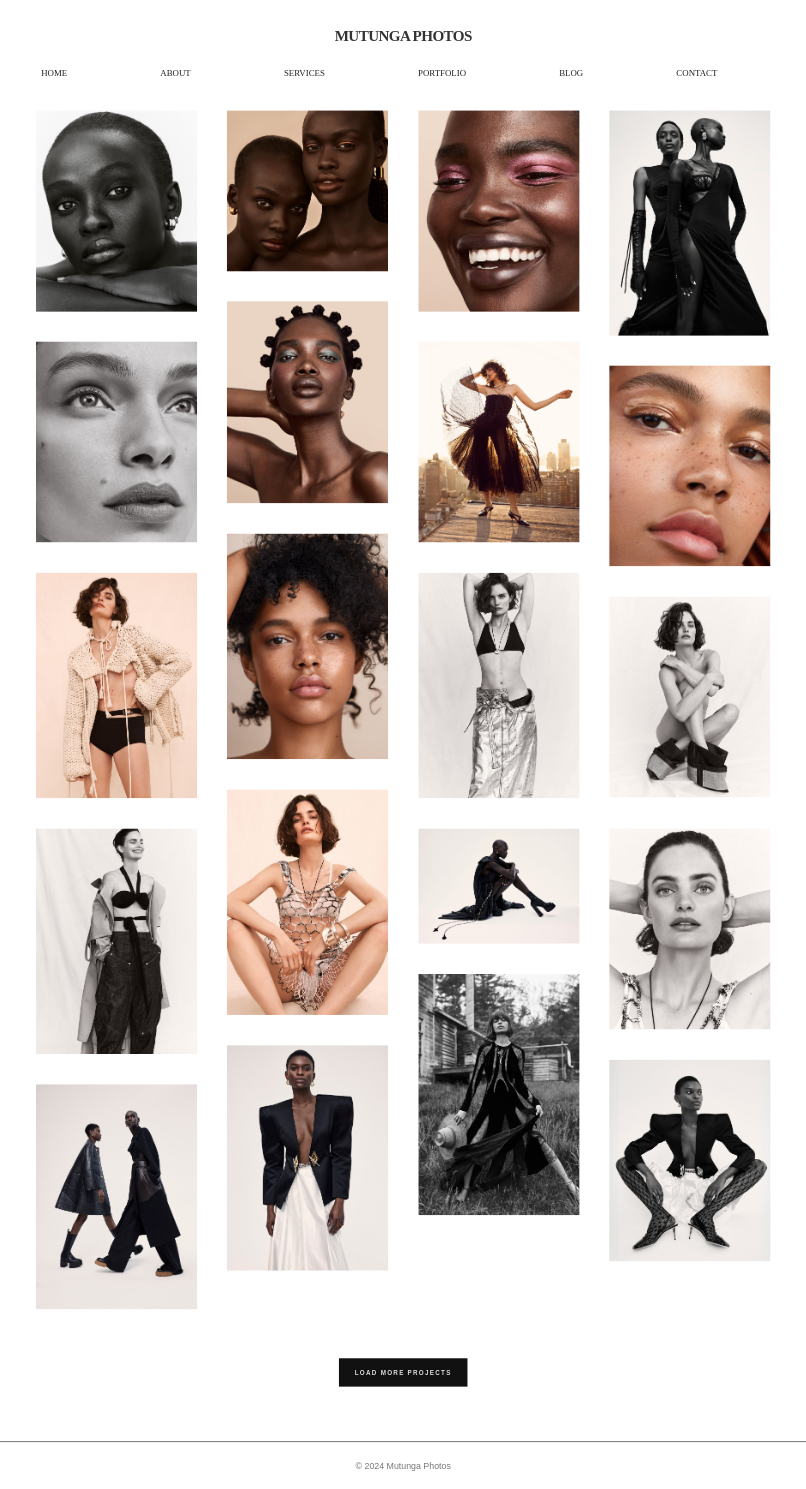
Repository: Jonar254/mutunga-concept-01
Page: index.html
The author's editor kept a copy of each file at every save. The page is drawn from the files as they stood at one save, then again after the next save.
The browser window is 1280 px wide. The pictures show the whole page, at 63% of full size.
Some web fonts or font styles are not loaded; a fallback is used.

Above is the page before, as saved 2024-07-02 19:10:29.

### index.html
<!doctype html>
<!--[if lt IE 7]>      <html class="no-js lt-ie9 lt-ie8 lt-ie7" lang=""> <![endif]-->
<!--[if IE 7]>         <html class="no-js lt-ie9 lt-ie8" lang=""> <![endif]-->
<!--[if IE 8]>         <html class="no-js lt-ie9" lang=""> <![endif]-->
<!--[if gt IE 8]><!--> <html class="no-js" lang="en"> <!--<![endif]-->


<head>
        <meta charset="utf-8">
        <meta name="viewport" content="width=device-width, initial-scale=1">
		<meta name="description" content="">
        <meta name="author" content="IconicThemes">

        <title>Mutunga Photos || Index</title>

		<link rel="shortcut icon" type="image/x-icon" href="img/favicon.png">

        <!-- Font Awesome Icons CSS -->
        <link rel="stylesheet" href="css/font-awesome.min.css">
        <!-- Themify Icons CSS -->
        <link rel="stylesheet" href="css/themify-icons.css">
        <!-- Elegant Font Icons CSS -->
        <link rel="stylesheet" href="css/elegant-font-icons.css">
        <!-- Elegant Line Icons CSS -->
        <link rel="stylesheet" href="css/elegant-line-icons.css">
		<!-- Bootstrap CSS -->
        <link rel="stylesheet" href="css/bootstrap.min.css">
        <!-- CSS Animation -->
        <link rel="stylesheet" href="css/animate.min.css">
		<!-- Venobox CSS -->
        <link rel="stylesheet" href="css/venobox/venobox.css">
		<!-- OWL-Carousel CSS -->
        <link rel="stylesheet" href="css/owl.carousel.css">
        <!-- Slick Nav CSS -->
        <link rel="stylesheet" href="css/slicknav.min.css">
		<!-- Main CSS -->
        <link rel="stylesheet" href="css/main.css">
		<!-- Responsive CSS -->
        <link rel="stylesheet" href="css/responsive.css">

        <script src="js/vendor/modernizr-2.8.3-respond-1.4.2.min.js"></script>
    </head>
    <body>
        <!--[if lt IE 8]>
            <p class="browserupgrade">You are using an <strong>outdated</strong> browser. Please <a href="http://browsehappy.com/">upgrade your browser</a> to improve your experience.</p>
        <![endif]-->

        <div class="site-preloader-wrap">
            <div class="spinner"></div>
        </div><!-- Preloader -->

        <header id="header" class="header-section">
            <div class="container-fluid">
                <div class="row d-flex flex-column align-items-center">
                    <div class="col-12 text-center pt-lg-4">
                        <div class="site-branding">
                            <a href="index.html"><h2 class="site-title fw-bold"> <span>MUTUNGA</span> <span>PHOTOS</span></h2></a>
                        </div>
                    </div>
                    <div class="col-12 text-center">
                        <ul id="mainmenu" class="nav navbar-nav nav-menu">
                            <li class="nav-item active"><a href="index.html" class="nav-link">Home</a></li>
                            <li class="nav-item"><a href="about.html" class="nav-link">About</a></li>
                            <li class="nav-item"><a href="services.html" class="nav-link">Services</a></li>
                            <li class="nav-item"><a href="portfolio.html" class="nav-link">Portfolio</a></li>

                             <li class="nav-item"><a href="blog.html" class="nav-link">Blog</a>
                                <ul class="submenu">
                                    <li class="nav-item"><a href="blog-single.html" class="nav-link">Blog Single</a></li>
                                </ul>
                            </li>
                            <li class="nav-item"><a href="contact.html" class="nav-link">Contact</a></li>
                        </ul>
                    </div>
                </div>
            </div>
        </header>


       <!--<div class="header-height"></div>-->



        <section class="portfolio-section padding">
        <div class="container-fluid px-lg-5">
            <!-- <div class="row">
                 <ul class="portfolio-filter text-center mb-30">
                     <li class="active" data-filter="*">All</li>
                     <li data-filter=".branding">Branding</li>
                     <li data-filter=".design">Design</li>
                     <li data-filter=".wordpress">Wordpress</li>
                     <li data-filter=".marketing">Marketing</li>
                 </ul> /.Work filter
             </div> -->
             <div class="row portfolio-items">
                 <div class="col-lg-3 col-md-4 col-sm-6 mb-5 px-4 single-item branding design">
                     <div class="portfolio-box">
                         <img src="img/lara (1).jpeg" alt="img">
                         <div class="portfolio-inner">
                             <div class="portfolio-content">
                                 <h3><a href="portfolio-single.html">1</a></h3>
                                 <span>Branding</span>
                             </div>
                         </div>
                     </div>
                 </div><!-- /Portfolio-1 -->
                 <div class="col-lg-3 col-md-4 col-sm-6 mb-5 px-4 single-item design wordpress">
                     <div class="portfolio-box">
                         <img src="img/lara (2).jpeg" alt="img">
                         <div class="portfolio-inner">
                             <div class="portfolio-content">
                                 <h3><a href="portfolio-single.html">2</a></h3>
                                 <span>Design</span>
                             </div>
                         </div>
                     </div>
                 </div><!-- /Portfolio-2 -->
                 <div class="col-lg-3 col-md-4 col-sm-6 mb-5 px-4 single-item wordpress marketing">
                     <div class="portfolio-box">
                         <img src="img/lara (3).jpeg" alt="img">
                         <div class="portfolio-inner">
                             <div class="portfolio-content">
                                 <h3><a href="portfolio-single.html">3</a></h3>
                                 <span>Web Design</span>
                             </div>
                         </div>
                     </div>
                 </div><!-- /Portfolio-3 -->
                 <div class="col-lg-3 col-md-4 col-sm-6 mb-5 px-4 single-item branding marketing">
                     <div class="portfolio-box">
                         <img src="img/lara (17).jpg" alt="img">
                         <div class="portfolio-inner">
                             <div class="portfolio-content">
                                 <h3><a href="portfolio-single.html">4</a></h3>
                                 <span>Website</span>
                             </div>
                         </div>
                     </div>
                 </div><!-- /Portfolio-4 -->
                 <div class="col-lg-3 col-md-4 col-sm-6 mb-5 px-4 single-item design branding">
                     <div class="portfolio-box">
                         <img src="img/lara (5).jpeg" alt="img">
                         <div class="portfolio-inner">
                             <div class="portfolio-content">
                                 <h3><a href="portfolio-single.html">5</a></h3>
                                 <span>Design</span>
                             </div>
                         </div>
                     </div>
                 </div><!-- /Portfolio-5 -->
                 <div class="col-lg-3 col-md-4 col-sm-6 mb-5 px-4 single-item wordpress design">
                     <div class="portfolio-box">
                         <img src="img/lara (6).jpeg" alt="img">
                         <div class="portfolio-inner">
                             <div class="portfolio-content">
                                 <h3><a href="portfolio-single.html">6</a></h3>
                                 <span>Branding</span>
                             </div>
                         </div>
                     </div>
                 </div><!-- /Portfolio-6 -->
                 <div class="col-lg-3 col-md-4 col-sm-6 mb-5 px-4 single-item branding wordpress">
                     <div class="portfolio-box">
                         <img src="img/lara (7).jpeg" alt="img">
                         <div class="portfolio-inner">
                             <div class="portfolio-content">
                                 <h3><a href="portfolio-single.html">7</a></h3>
                                 <span>Website</span>
                             </div>
                         </div>
                     </div>
                 </div><!-- /Portfolio-7 -->
                 <div class="col-lg-3 col-md-4 col-sm-6 mb-5 px-4 single-item design marketing">
                     <div class="portfolio-box">
                         <img src="img/lara (8).jpg" alt="img">
                         <div class="portfolio-inner">
                             <div class="portfolio-content">
                                 <h3><a href="portfolio-single.html">8</a></h3>
                                 <span>Branding</span>
                             </div>
                         </div>
                     </div>
                 </div><!-- /Portfolio-8 -->
                 <div class="col-lg-3 col-md-4 col-sm-6 mb-5 px-4 single-item marketing design">
                     <div class="portfolio-box">
                         <img src="img/lara (9).jpg" alt="img">
                         <div class="portfolio-inner">
                             <div class="portfolio-content">
                                 <h3><a href="portfolio-single.html">9</a></h3>
                                 <span>Design</span>
                             </div>
                         </div>
                     </div>
                 </div><!-- /Portfolio-9 -->
                 <!-- Portfolio Items from 10 to 20 -->
<div class="col-lg-3 col-md-4 col-sm-6 mb-5 px-4 single-item marketing design">
    <div class="portfolio-box">
        <img src="img/lara (10).jpg" alt="img">
        <div class="portfolio-inner">
            <div class="portfolio-content">
                <h3><a href="portfolio-single.html">10</a></h3>
                <span>Design</span>
            </div>
        </div>
    </div>
</div><!-- /Portfolio-10 -->

<div class="col-lg-3 col-md-4 col-sm-6 mb-5 px-4 single-item marketing design">
    <div class="portfolio-box">
        <img src="img/lara (11).jpg" alt="img">
        <div class="portfolio-inner">
            <div class="portfolio-content">
                <h3><a href="portfolio-single.html">11</a></h3>
                <span>Design</span>
            </div>
        </div>
    </div>
</div><!-- /Portfolio-11 -->

<div class="col-lg-3 col-md-4 col-sm-6 mb-5 px-4 single-item marketing design">
    <div class="portfolio-box">
        <img src="img/lara (12).jpg" alt="img">
        <div class="portfolio-inner">
            <div class="portfolio-content">
                <h3><a href="portfolio-single.html">12</a></h3>
                <span>Design</span>
            </div>
        </div>
    </div>
</div><!-- /Portfolio-12 -->

<div class="col-lg-3 col-md-4 col-sm-6 mb-5 px-4 single-item marketing design">
    <div class="portfolio-box">
        <img src="img/lara (13).jpg" alt="img">
        <div class="portfolio-inner">
            <div class="portfolio-content">
                <h3><a href="portfolio-single.html">13</a></h3>
                <span>Design</span>
            </div>
        </div>
    </div>
</div><!-- /Portfolio-13 -->

<div class="col-lg-3 col-md-4 col-sm-6 mb-5 px-4 single-item marketing design">
    <div class="portfolio-box">
        <img src="img/lara (14).jpg" alt="img">
        <div class="portfolio-inner">
            <div class="portfolio-content">
                <h3><a href="portfolio-single.html">14</a></h3>
                <span>Design</span>
            </div>
        </div>
    </div>
</div><!-- /Portfolio-14 -->

<div class="col-lg-3 col-md-4 col-sm-6 mb-5 px-4 single-item marketing design">
    <div class="portfolio-box">
        <img src="img/lara (15).jpg" alt="img">
        <div class="portfolio-inner">
            <div class="portfolio-content">
                <h3><a href="portfolio-single.html">15</a></h3>
                <span>Design</span>
            </div>
        </div>
    </div>
</div><!-- /Portfolio-15 -->

<div class="col-lg-3 col-md-4 col-sm-6 mb-5 px-4 single-item marketing design">
    <div class="portfolio-box">
        <img src="img/lara (16).jpg" alt="img">
        <div class="portfolio-inner">
            <div class="portfolio-content">
                <h3><a href="portfolio-single.html">16</a></h3>
                <span>Design</span>
            </div>
        </div>
    </div>
</div><!-- /Portfolio-16 -->

<div class="col-lg-3 col-md-4 col-sm-6 mb-5 px-4 single-item marketing design">
    <div class="portfolio-box">
        <img src="img/lara (4).jpg" alt="img">
        <div class="portfolio-inner">
            <div class="portfolio-content">
                <h3><a href="portfolio-single.html">17</a></h3>
                <span>Design</span>
            </div>
        </div>
    </div>
</div><!-- /Portfolio-17 -->

<div class="col-lg-3 col-md-4 col-sm-6 mb-5 px-4 single-item marketing design">
    <div class="portfolio-box">
        <img src="img/lara (18).jpg" alt="img">
        <div class="portfolio-inner">
            <div the "portfolio-content">
                <h3><a href="portfolio-single.html">18</a></h3>
                <span>Design</span>
            </div>
        </div>
    </div>
</div><!-- /Portfolio-18 -->

<div class="col-lg-3 col-md-4 col-sm-6 mb-5 px-4 single-item marketing design">
    <div class="portfolio-box">
        <img src="img/lara (19).jpg" alt="img">
        <div class="portfolio-inner">
            <div class="portfolio-content">
                <h3><a href="portfolio-single.html">19</a></h3>
                <span>Design</span>
            </div>
        </div>
    </div>
</div><!-- /Portfolio-19 -->

<div class="col-lg-3 col-md-4 col-sm-6 mb-5 px-4 single-item marketing design">
    <div class="portfolio-box">
        <img src="img/lara (20).jpg" alt="img">
        <div class="portfolio-inner">
            <div the "portfolio-content">
                <h3><a href="portfolio-single.html">20</a></h3>
                <span>Design</span>
            </div>
        </div>
    </div>
</div><!-- /Portfolio-20 -->

             </div>
             <div class="load-more-btn text-center mt-30">
                 <a href="#" class="default-btn">Load More Projects</a>
             </div>
         </div>
        </section>

<!--
        <section class="footer-widget-section padding">
            <div class="container">
                <div class="row">
                    <div class="col-md-4 col-sm-6 xs-padding">
                        <div class="footer-widget">
                            <h2 class="text-white">Stela.</h2>
                            <div class="sep"></div>
                            <p class="mb-0">Stela will help you to make any website like creative startups, professional photographer, portfolio agency or other business very easily as it has been coded in Bootstrap and CSS3.</p>
                        </div>
                    </div>
                    <div class="col-md-4 col-sm-6 xs-padding">
                        <div class="footer-widget">
                            <ul class="address">
                                <li><i class="fa fa-phone"></i> <a href="mailto:+12345678905">+1234 567 8905</a></li>
                                <li><i class="fa fa-envelope-o"></i> <a href="mailto:email@yourdomain.com">email@yourdomain.com</a></li>
                                <li><i class="fa fa-map-marker"></i> 60 Grand Avenue. Central New Road 0708, USA</li>
                            </ul>
                            <ul class="social-icon">
                                <li class="facebook"><a href="#"><i class="fa fa-facebook"></i></a></li>
                                <li class="twitter"><a href="#"><i class="fa fa-twitter"></i></a></li>
                                <li class="instagram"><a href="#"><i class="fa fa-instagram"></i></a></li>
                                <li class="pinterest"><a href="#"><i class="fa fa-pinterest"></i></a></li>
                                <li class="dribbble"><a href="#"><i class="fa fa-dribbble"></i></a></li>
                            </ul>
                        </div>
                    </div>
                    <div class="col-md-4 col-sm-6 xs-padding">
                        <div class="footer-widget">
                            <h2 class="text-white">About me.</h2>
                            <div class="sep"></div>
                            <p class="mb-0">I believe that every client Business more management is a holistic management approach focused on aligning all aspects organization with the wants and needs of clients.</p>
                        </div>
                    </div>
                </div>
            </div>
        </section><!-- /.footer-widget-section -->

        <footer class="copyright-text text-center">
            <div class="container">
                <p>&copy; 2024 Mutunga Photos</p>
            </div>
        </footer><!-- /.copyright-text -->

		<a data-scroll href="#header" id="scroll-to-top"><i class="arrow_up"></i></a>

		<!-- jQuery Lib -->
		<script src="js/vendor/jquery-1.12.4.min.js"></script>
		<!-- Bootstrap JS -->
		<script src="js/vendor/bootstrap.min.js"></script>
		<!-- Tether JS -->
		<script src="js/vendor/tether.min.js"></script>
        <!-- Imagesloaded JS -->
        <script src="js/vendor/imagesloaded.pkgd.min.js"></script>
		<!-- OWL-Carousel JS -->
		<script src="js/vendor/owl.carousel.min.js"></script>
		<!-- isotope JS -->
		<script src="js/vendor/jquery.isotope.v3.0.2.js"></script>
		<!-- Smooth Scroll JS -->
		<script src="js/vendor/smooth-scroll.min.js"></script>
		<!-- venobox JS -->
		<script src="js/vendor/venobox.min.js"></script>
        <!-- Slick Nav JS -->
        <script src="js/vendor/jquery.slicknav.min.js"></script>
        <!-- Wow JS -->
		<script src="js/vendor/wow.min.js"></script>
		<!-- Contact JS -->
		<script src="js/contact.js"></script>
		<!-- Main JS -->
		<script src="js/main.js"></script>

    </body>

</html>

### css/responsive.css
/* Charitify Theme Responsive Design */

@media (max-width: 1024px) {
   .skill-content {
    padding: 29px 20px;
}

/* ---- Start of max-width 992px CSS ---- */
@media (max-width: 992px) {
    .sm-padding{
        padding: 15px;
    }
    ul.nav > li > a {
        font-size: 10px;
        padding: 0 5px;
    }
    .blog-content p{
        font-size: 12px;
    }
    .blog-items{
        padding: 0 10px;
    }
    .list-items .blog-post .col-md-6:first-child{
        padding-left: 15px;
    }
    .bottom-header .default-btn{
        display: none;
    }
    #mainmenu li{
        padding-left: 15px;
    }
    .hero-content h1{
        font-size: 36px;
    }
    .about-bg {
        margin-bottom: 30px;
    }
    .comments-list .comment-box {
        width: 80%;
    }
    .reply-list .comment-box{
        width: 80%;
    }
    .social-icon li{
        margin-bottom: 10px;
    }

}
/* ---- End of max-width 992px CSS ---- */


/* ---- Start of min-width 480px and max-width 768px CSS ---- */
@media all and (min-width: 480px) and (max-width: 768px) {

}
/* ---- End of min-width 480px and max-width 768px CSS ---- */


/* ---- Start of max-width 767px CSS ---- */
@media all and (max-width: 767px) {
    body, p{
        font-size: 12px;
        line-height: 22px;
    }
    h1{
        font-size: 30px;
        line-height: 40px;
    }
    h2 br,
    h1 br{
        display: none;
    }
    h2{
        font-size: 20px;
    }
    h3{
        font-size: 16px;
    }
    p br{
        display: none;
    }
    .hero-section,
    .page-header.
    .padding{
        padding: 60px 0;
    }
    .portfolio-section{ padding-top: 0; }
    .xs-padding{
    	padding: 15px;
    }
    .site-branding {
        padding: 17px 0;
    }
    .js #mainmenu {
        display:none;
    }
    .js .slicknav_menu {
        display:block;
    }
    .main-header .social-icon{
        display: none;
    }
    #scroll-to-top {
        width: 35px;
        height: 35px;
        font-size: 10px;
        line-height: 35px;
        bottom: 20px;
        right: 20px;
    }
}
/* ---- End of max-width 767px CSS ---- */


/* ---- Start of max-width 580px CSS ---- */
@media all and (max-width: 580px) {
    .coment-form .form-group .col-sm-4{
        margin-bottom: 15px;
        margin-top: auto;
    }
    .comment-form .form-group .col-sm-4:nth-child(1),
    .comment-form .form-group .col-sm-4:nth-child(2){
        margin-bottom: 15px;
    }
    .slider-text h1{
        font-size: 16px;
    }
    .slider-text p{
        display: none;
    }
    .top-content-wrap ul li{
        margin-right: 18px;
    }
    .reply-list {
        padding-left: 20px;
    }

}
/* ---- End of max-width 580px CSS ---- */


/* ---- Start of max-width 420px CSS ---- */
@media all and (max-width: 420px) {

}
/* ---- End of max-width 420px CSS ---- */


/* ---- Start of max-width 380px CSS ---- */
@media all and (max-width: 380px) {
	.slider_content .btn_group a {
        margin: 0 10px 10px 0;
    }
}
/* ---- End of max-width 380px CSS ---- */

Loaded but not shown: css/font-awesome.min.css (library); css/themify-icons.css (library); css/bootstrap.min.css (library); css/animate.min.css (library); css/venobox/venobox.css (common file); css/owl.carousel.css (library); css/slicknav.min.css (common file); js/vendor/modernizr-2.8.3-respond-1.4.2.min.js (library); js/vendor/jquery-1.12.4.min.js (library); js/vendor/bootstrap.min.js (library); js/vendor/tether.min.js (library); js/vendor/imagesloaded.pkgd.min.js (library); js/vendor/owl.carousel.min.js (library); js/vendor/jquery.isotope.v3.0.2.js (library); js/vendor/smooth-scroll.min.js (library); js/vendor/venobox.min.js (library); js/vendor/jquery.slicknav.min.js (library); js/vendor/wow.min.js (library); js/main.js (164 lines, source omitted); js/contact.js (49 lines, source omitted); css/main.css (1443 lines, source omitted); css/elegant-font-icons.css (1157 lines, source omitted); css/elegant-line-icons.css (343 lines, source omitted)

After the next save:
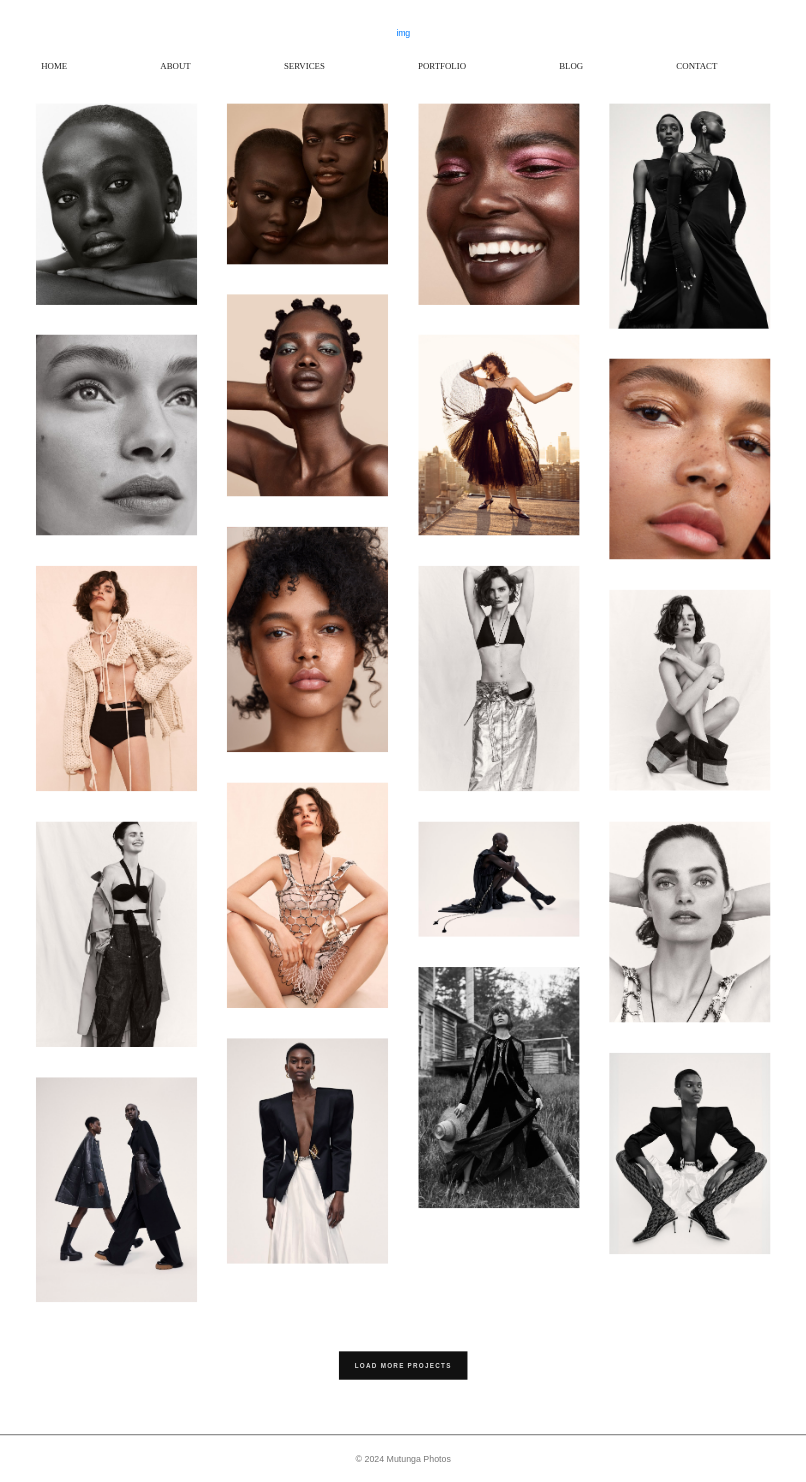
Saved 2 min 8 s later.
--- a/index.html
+++ b/index.html
@@ -54,7 +54,7 @@
                 <div class="row d-flex flex-column align-items-center">
                     <div class="col-12 text-center pt-lg-4">
                         <div class="site-branding">
-                            <a href="index.html"><h2 class="site-title fw-bold"> <span>MUTUNGA</span> <span>PHOTOS</span></h2></a>
+                            <a href="index.html">img</a>
                         </div>
                     </div>
                     <div class="col-12 text-center">
